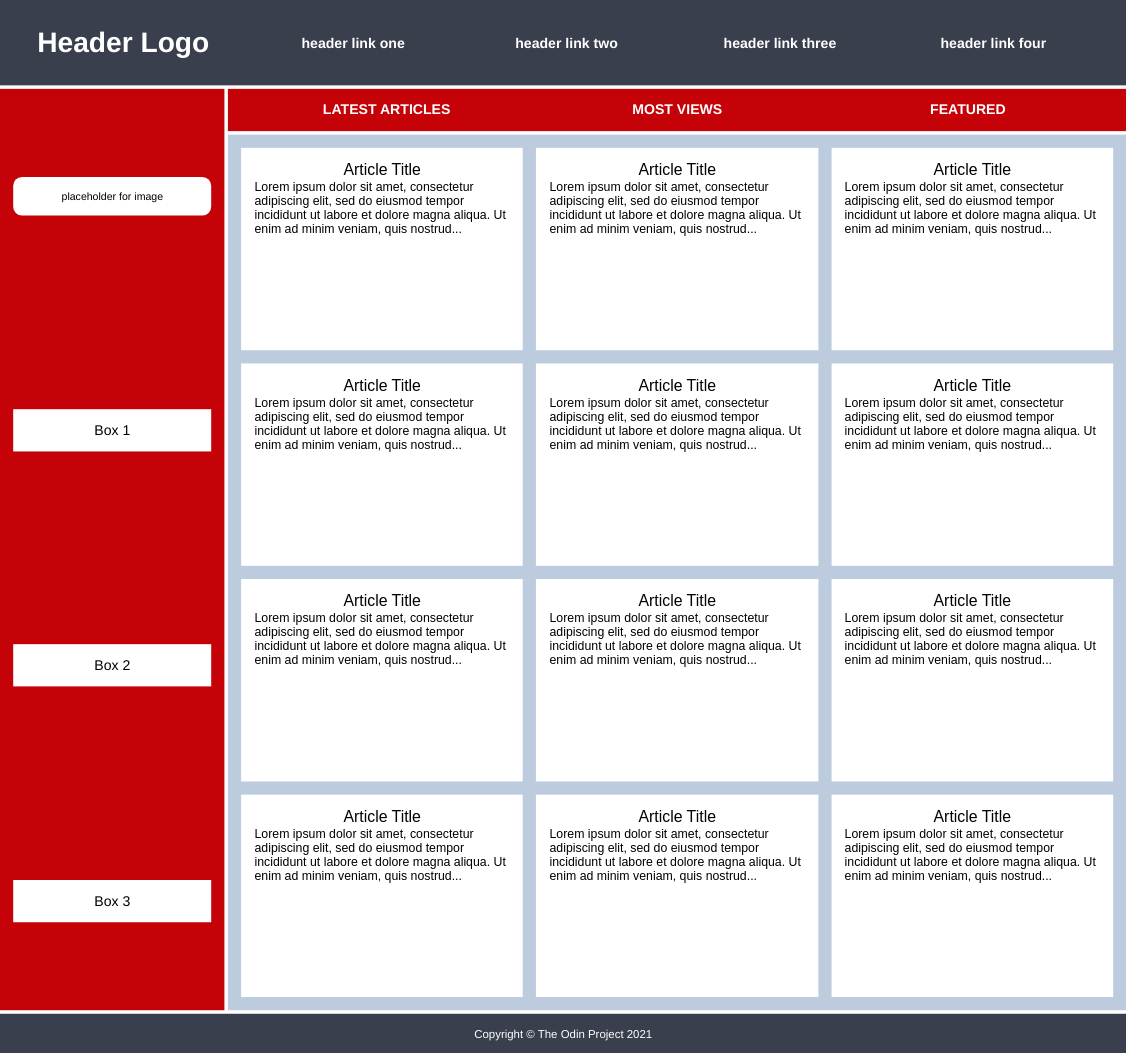
Repository: gkintu/css-exercises
Page: intermediate-html-css/advanced-grid/02-holy-grail-mockup/index.html
These files come from the project's save history. The page is drawn as it stood at one moment and after the next save; the edit follows.
The browser window is 1280 px wide. The pictures show the whole page, at 88% of full size.

Above is the page before, as saved 2025-03-04 10:59:10.

After the next save:
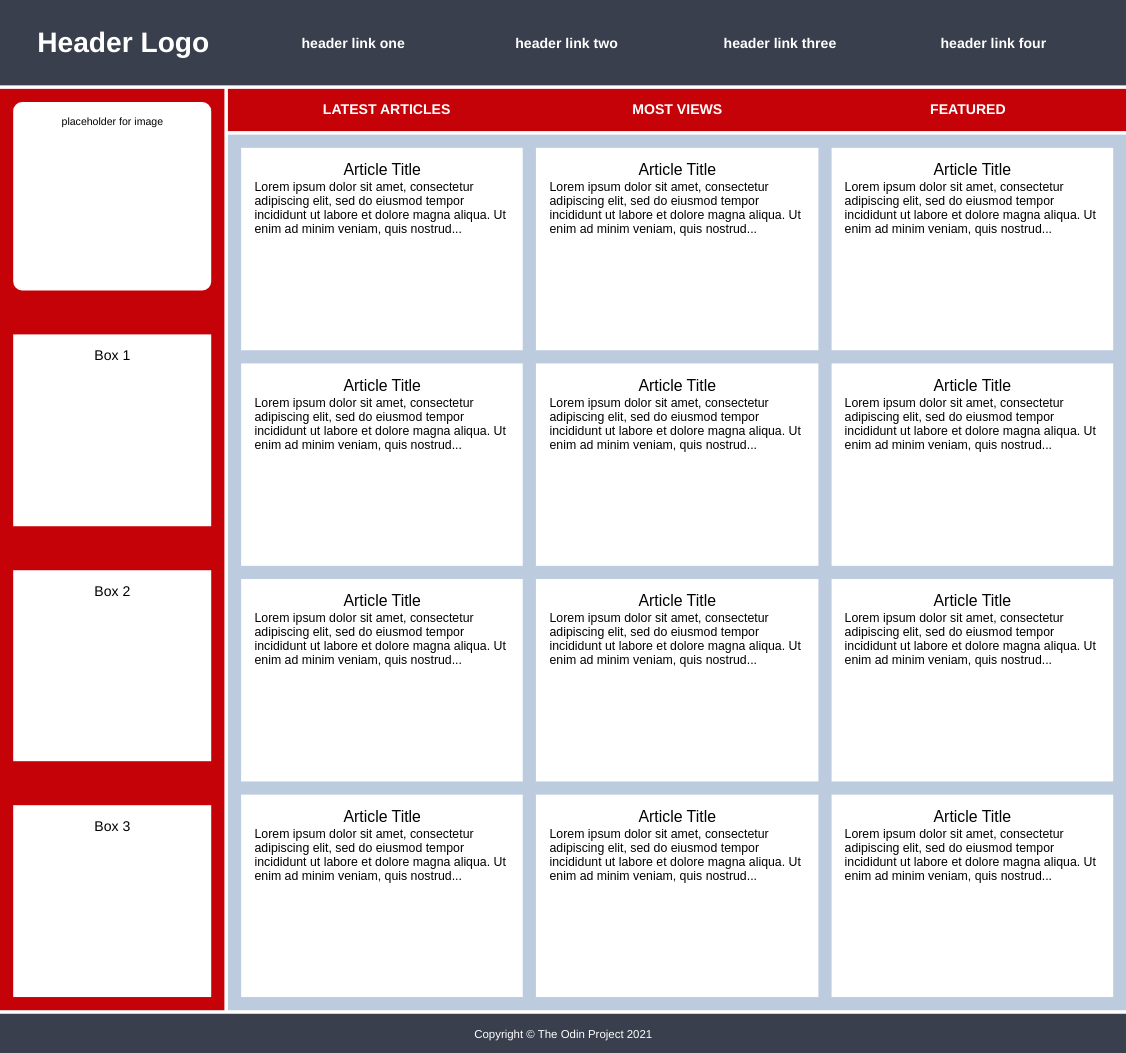
Saved 86 s later.
--- a/intermediate-html-css/advanced-grid/02-holy-grail-mockup/style.css
+++ b/intermediate-html-css/advanced-grid/02-holy-grail-mockup/style.css
@@ -49,16 +49,16 @@
   background-color: #C50208;
   display:grid;
   gap: 50px;
-  align-items: center;
+
   grid-column: 1 / 2;
   grid-row: 2/4;
 }
 
 
-
+/*
 .sidebar>div>p  {
   text-align: center;
-}
+} */
 
 .sidebar .photo {
   background-color: white;
